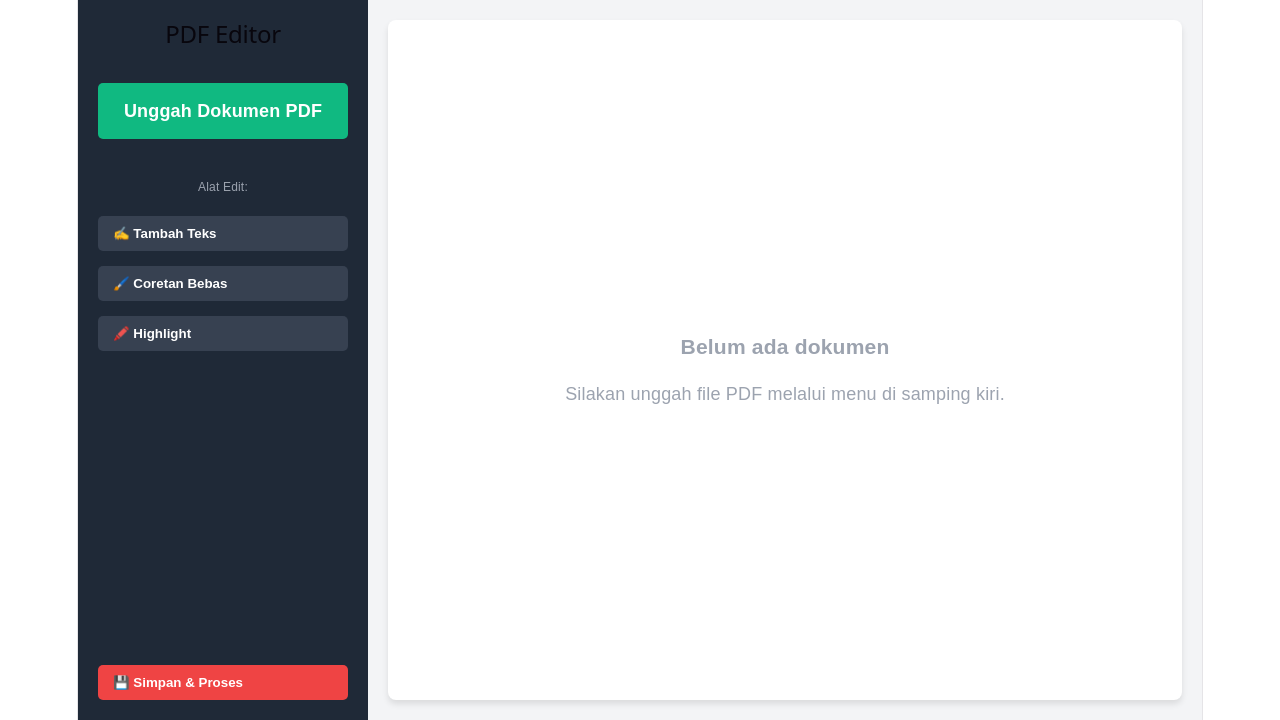
Repository: IkhsanMoekhtar/pdf_editor
Page: /
An editor plug-in stored every save of this project. The page is shown before and after the next save, followed by the edit.
The browser window is 1280 px wide. The pictures show the whole page.
The project was rebuilt for these pictures with package versions that can differ from the ones it lists, and the page was loaded fresh each time. Also part of the build but not shown: vite.config.js.

Above is the page before, as saved 2026-03-18 04:40:35.

After the next save:
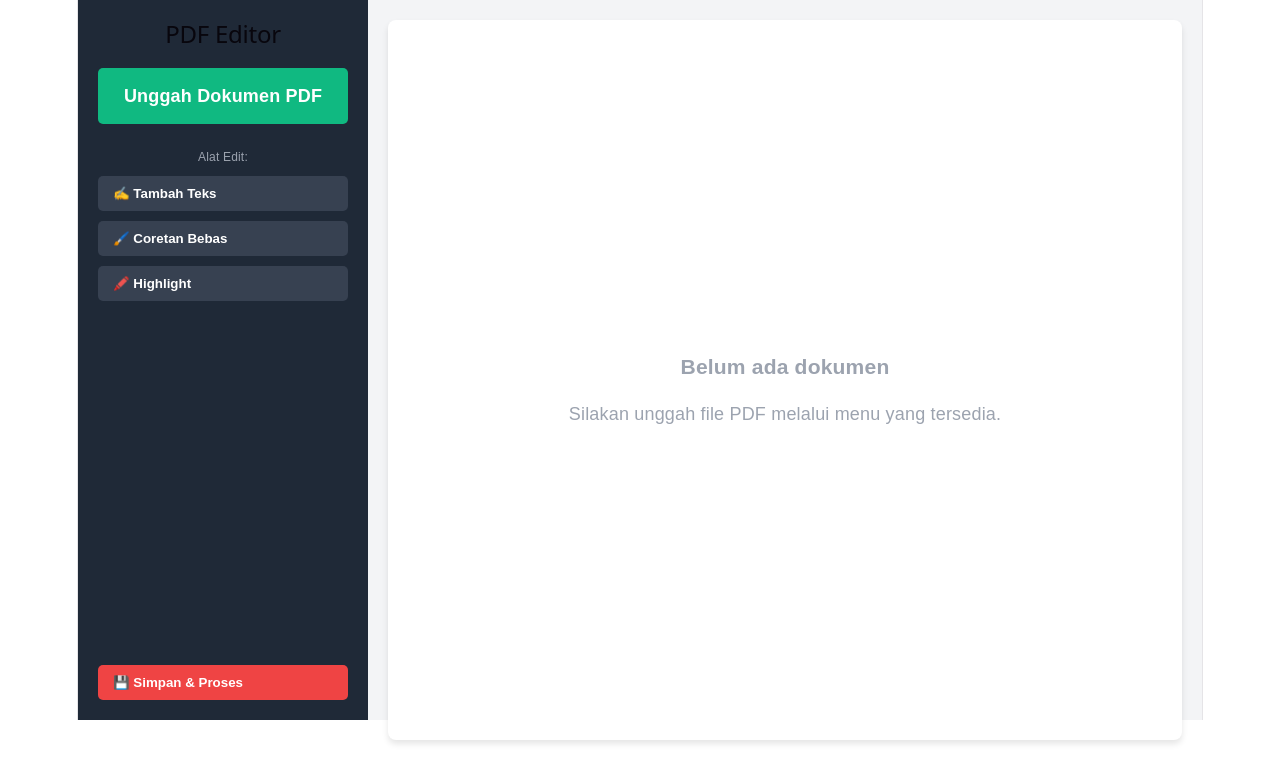
Saved 34 s later.
--- a/src/App.jsx
+++ b/src/App.jsx
@@ -1,18 +1,13 @@
 import React, { useState } from 'react';
+import './App.css'; // Mengimpor file CSS yang baru dibuat
 
 function App() {
-  // --- STATE (Ingatan Komponen) ---
-  // pdfFile menyimpan file PDF yang diunggah agar bisa ditampilkan
   const [pdfFile, setPdfFile] = useState(null);
-  // activeTool mengingat alat apa yang sedang diklik (teks, gambar, dll)
   const [activeTool, setActiveTool] = useState(null);
 
-  // --- FUNGSI-FUNGSI ---
-  // Fungsi ini berjalan saat Anda memilih file dari komputer
   const handleFileUpload = (event) => {
     const file = event.target.files[0];
     if (file && file.type === 'application/pdf') {
-      // Membuat URL sementara agar browser bisa membaca file lokal
       const fileUrl = URL.createObjectURL(file);
       setPdfFile(fileUrl);
     } else {
@@ -20,7 +15,6 @@ function App() {
     }
   };
 
-  // Fungsi untuk menangani klik pada toolbar
   const handleToolClick = (toolName) => {
     setActiveTool(toolName);
     if (toolName === 'save') {
@@ -29,69 +23,53 @@ function App() {
     }
   };
 
-  // --- DESAIN TAMPILAN (CSS INLINE) ---
-  const styles = {
-    container: { display: 'flex', height: '100vh', fontFamily: 'sans-serif', backgroundColor: '#f3f4f6' },
-    sidebar: { width: '250px', backgroundColor: '#1f2937', color: 'white', padding: '20px', display: 'flex', flexDirection: 'column', gap: '15px' },
-    main: { flex: 1, display: 'flex', flexDirection: 'column', padding: '20px' },
-    button: (isActive) => ({
-      padding: '10px 15px',
-      backgroundColor: isActive ? '#3b82f6' : '#374151',
-      color: 'white',
-      border: 'none',
-      borderRadius: '5px',
-      cursor: 'pointer',
-      textAlign: 'left',
-      fontWeight: 'bold',
-      transition: 'background 0.2s'
-    }),
-    uploadLabel: {
-      padding: '15px', backgroundColor: '#10b981', color: 'white', textAlign: 'center',
-      borderRadius: '5px', cursor: 'pointer', fontWeight: 'bold', marginBottom: '20px'
-    },
-    viewerContainer: {
-      flex: 1, backgroundColor: 'white', borderRadius: '8px',
-      boxShadow: '0 4px 6px rgba(0,0,0,0.1)', overflow: 'hidden',
-      display: 'flex', justifyContent: 'center', alignItems: 'center'
-    }
-  };
+  return (
+    <div className="app-container">
 
-  // --- RENDER UI (Mirip HTML) ---
-  return (
-    <div style={styles.container}>
-
-      {/* BAGIAN KIRI: TOOLBAR */}
-      <div style={styles.sidebar}>
+      {/* BAGIAN SIDEBAR (Kiri di Desktop, Atas di HP) */}
+      <div className="sidebar">
         <h2 style={{ margin: '0 0 20px 0', textAlign: 'center' }}>PDF Editor</h2>
 
-        {/* Tombol Upload (Disembunyikan input aslinya, diganti label agar rapi) */}
-        <label style={styles.uploadLabel}>
+        <label className="upload-label">
           Unggah Dokumen PDF
           <input type="file" accept="application/pdf" style={{ display: 'none' }} onChange={handleFileUpload} />
         </label>
 
-        <p style={{ fontSize: '12px', color: '#9ca3af', marginBottom: '0' }}>Alat Edit:</p>
-        <button style={styles.button(activeTool === 'text')} onClick={() => handleToolClick('text')}>
-          ✍️ Tambah Teks
-        </button>
-        <button style={styles.button(activeTool === 'draw')} onClick={() => handleToolClick('draw')}>
-          🖌️ Coretan Bebas
-        </button>
-        <button style={styles.button(activeTool === 'highlight')} onClick={() => handleToolClick('highlight')}>
-          🖍️ Highlight
-        </button>
+        <p style={{ fontSize: '12px', color: '#9ca3af', marginBottom: '5px' }}>Alat Edit:</p>
 
-        <div style={{ marginTop: 'auto' }}>
-          <button style={{...styles.button(false), backgroundColor: '#ef4444', width: '100%'}} onClick={() => handleToolClick('save')}>
-            💾 Simpan & Proses
+        <div className="tools-group">
+          {/* Tambahkan class 'active' jika tool sedang dipilih */}
+          <button
+            className={`tool-btn ${activeTool === 'text' ? 'active' : ''}`}
+            onClick={() => handleToolClick('text')}
+          >
+            ✍️ Tambah Teks
+          </button>
+          <button
+            className={`tool-btn ${activeTool === 'draw' ? 'active' : ''}`}
+            onClick={() => handleToolClick('draw')}
+          >
+            🖌️ Coretan Bebas
+          </button>
+          <button
+            className={`tool-btn ${activeTool === 'highlight' ? 'active' : ''}`}
+            onClick={() => handleToolClick('highlight')}
+          >
+            🖍️ Highlight
           </button>
         </div>
+
+        <button
+          className="tool-btn save-btn"
+          onClick={() => handleToolClick('save')}
+        >
+          💾 Simpan & Proses
+        </button>
       </div>
 
-      {/* BAGIAN KANAN: AREA KERJA (VIEWER) */}
-      <div style={styles.main}>
-        <div style={styles.viewerContainer}>
-          {/* Logika: Jika pdfFile ada isinya, tampilkan PDF. Jika kosong, tampilkan teks. */}
+      {/* BAGIAN UTAMA (Kanan di Desktop, Bawah di HP) */}
+      <div className="main-content">
+        <div className="viewer-container">
           {pdfFile ? (
             <iframe
               src={pdfFile}
@@ -101,9 +79,9 @@ function App() {
               style={{ border: 'none' }}
             />
           ) : (
-            <div style={{ color: '#9ca3af', textAlign: 'center' }}>
+            <div style={{ color: '#9ca3af', textAlign: 'center', padding: '20px' }}>
               <h3>Belum ada dokumen</h3>
-              <p>Silakan unggah file PDF melalui menu di samping kiri.</p>
+              <p>Silakan unggah file PDF melalui menu yang tersedia.</p>
             </div>
           )}
         </div>
